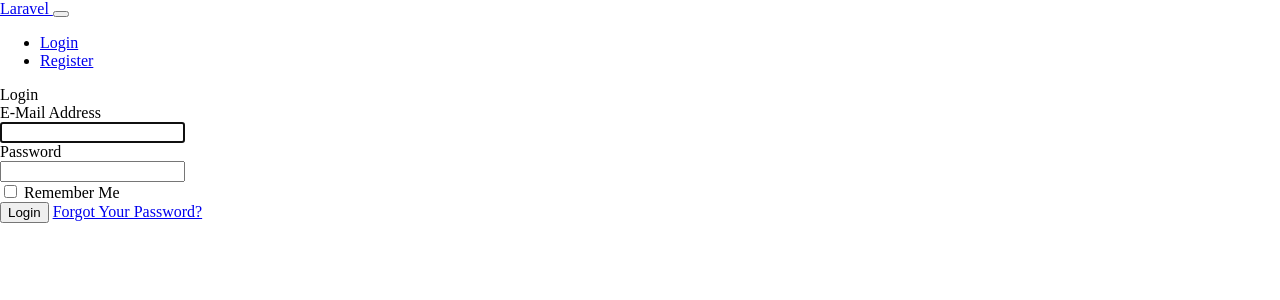
Repository: PatryxB/libraryBook
Page: http://localhost/login
These files come from the project's save history. The page is drawn as it stood at one moment and after the next save; the edit follows.
The browser window is 1280 px wide. The pictures show the whole page.
The page is served by the project's Laravel application, run on PHP 8.4 with Laravel 8. Other server files are loaded and not shown. Style sheets and scripts are compiled from the project's sources, by tool versions that may differ from the author's.

Above is the page before, as saved 2020-05-14 13:37:13.

### routes/web.php
<?php

use Illuminate\Support\Facades\Route;

/*
|--------------------------------------------------------------------------
| Web Routes
|--------------------------------------------------------------------------
|
| Here is where you can register web routes for your application. These
| routes are loaded by the RouteServiceProvider within a group which
| contains the "web" middleware group. Now create something great!
|
*/

Route::get('/', function () {
    return view('welcome');
});

Auth::routes();

Route::get('/home', 'HomeController@index')->name('home');
Route::post('/l', 'HomeController@store');

### resources/sass/app.scss
// Fonts
@import url('https://fonts.googleapis.com/css?family=Nunito');

// Variables
@import 'variables';

html, body{
    margin: 0;
    padding: 0;
    box-sizing: border-box;
}
.banner img{
    width: 100%;
    height: 100vh;
    position: relative;
}
.welcome-text{
    position: absolute;
    top: 30%;
    left: 30%;
    color: white;
    font-size: 40px;
}

Loaded but not shown: app/Http/Controllers/Auth/LoginController.php (common file); app/Http/Controllers/Controller.php (common file); app/Http/Controllers/Auth/ConfirmPasswordController.php (common file); resources/views/auth/login.blade.php (common file); resources/views/layouts/app.blade.php (common file); resources/sass/_variables.scss (common file)

After the next save:
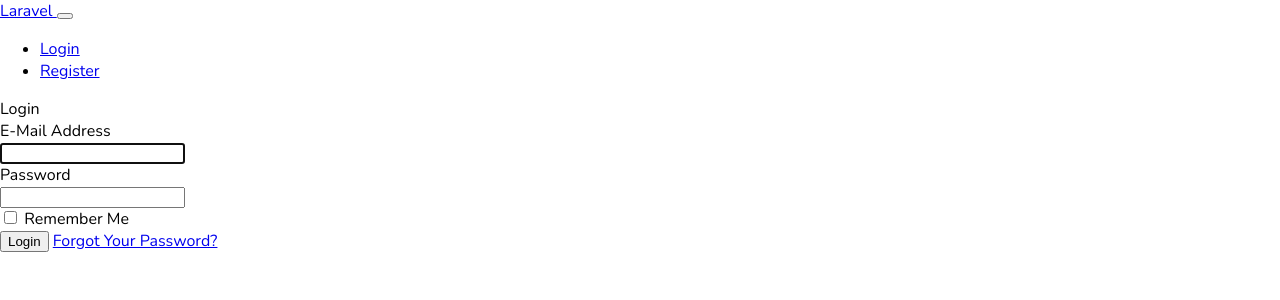
Saved 33 s later.
--- a/resources/sass/app.scss
+++ b/resources/sass/app.scss
@@ -8,6 +8,7 @@ html, body{
     margin: 0;
     padding: 0;
     box-sizing: border-box;
+    font-family: 'Nunito';
 }
 .banner img{
     width: 100%;
